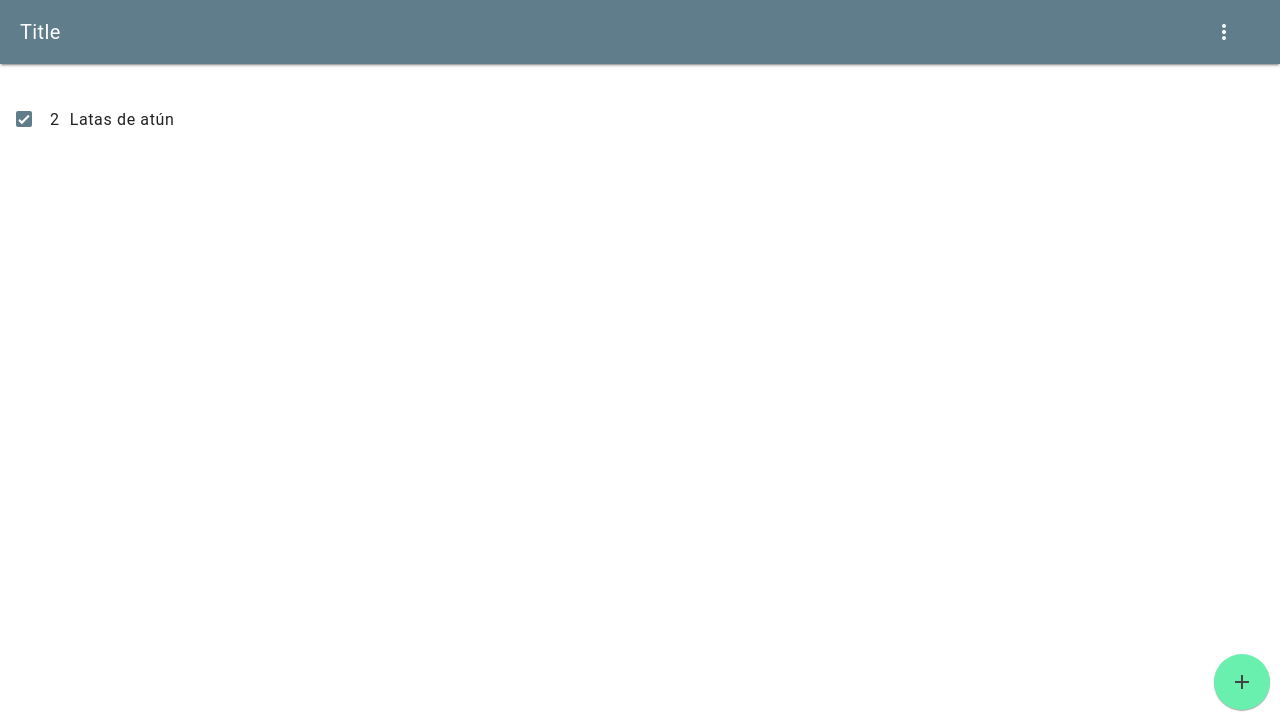
Repository: robertods/robertods.github.io
Page: my-pwa/mockups/main.html
An editor plug-in stored every save of this project. The page is shown before and after the next save, followed by the edit.
The browser window is 1280 px wide. The pictures show the whole page.

Above is the page before, as saved 2022-04-25 20:55:33.

### my-pwa/mockups/main.html
<!DOCTYPE html>
<html lang="en">
<head>
  <meta charset="UTF-8">
  <meta http-equiv="X-UA-Compatible" content="IE=edge">
  <meta name="viewport" content="width=device-width, initial-scale=1.0">
  <title>Document</title>
  <link rel="stylesheet" href="../vendor/mdl/material.min.css">
  <link rel="stylesheet" href="../vendor/mdl/icons.css">
  <link rel="stylesheet" href="../style.css">
</head>
<body>

  <div class="mdl-layout mdl-js-layout mdl-layout--fixed-header">
    <header class="mdl-layout__header">
      <div class="mdl-layout__header-row">
        <span class="mdl-layout-title">Title</span>
        <div class="mdl-layout-spacer"></div>
        <button id="demo-menu-lower-right" class="mdl-button mdl-js-button mdl-button--icon">
          <i class="material-icons">more_vert</i>
        </button>
        <ul class="mdl-menu mdl-menu--bottom-right mdl-js-menu mdl-js-ripple-effect"
            for="demo-menu-lower-right">
          <li class="mdl-menu__item">Borrar todos</li>
          <li class="mdl-menu__item">Borrar comprados</li>
          <li class="mdl-menu__item">Ordenar</li>
        </ul>
      </div>
    </header>
    <main class="mdl-layout__content">
      <div class="page-content">

      <!-- List with avatar and controls -->
      <style>
        .demo-list-control {
          width: 600px;
        }

        .demo-list-radio {
          display: inline;
        }
      </style>

        <ul class="demo-list-control mdl-list">
          <li class="mdl-list__item">
            <span class="mdl-list__item-secondary-action">
              <label class="mdl-checkbox mdl-js-checkbox mdl-js-ripple-effect" for="list-checkbox-1">
                <input type="checkbox" id="list-checkbox-1" class="mdl-checkbox__input" checked />
              </label>
            </span>
            <span class="mdl-list__item-primary-content">
              <span class="count">2</span>
              Latas de atún
            </span>
          </li>

        </ul>

        <button class="action-corner mdl-button mdl-js-button mdl-button--fab mdl-js-ripple-effect mdl-button--colored">
          <i class="material-icons">add</i>
        </button>
      </div>
    </main>
  </div>

  <script src="../vendor/mdl/material.min.js"></script>
</body>
</html>

### my-pwa/vendor/mdl/icons.css
/* fallback */
@font-face {
  font-family: 'Material Icons';
  font-style: normal;
  font-weight: 400;
  src: url(icons.woff2) format('woff2');
}

.material-icons {
  font-family: 'Material Icons';
  font-weight: normal;
  font-style: normal;
  font-size: 24px;
  line-height: 1;
  letter-spacing: normal;
  text-transform: none;
  display: inline-block;
  white-space: nowrap;
  word-wrap: normal;
  direction: ltr;
  -webkit-font-feature-settings: 'liga';
  -webkit-font-smoothing: antialiased;
}

### my-pwa/style.css
.mdl-layout__header-row {
  padding-left: 20px;
}

.count {
  padding: 10px;

}

.action-corner {
  position: fixed;
  bottom: 10px;
  right: 10px;
}

Loaded but not shown: my-pwa/vendor/mdl/material.min.css (library); my-pwa/vendor/mdl/material.min.js (library)

After the next save:
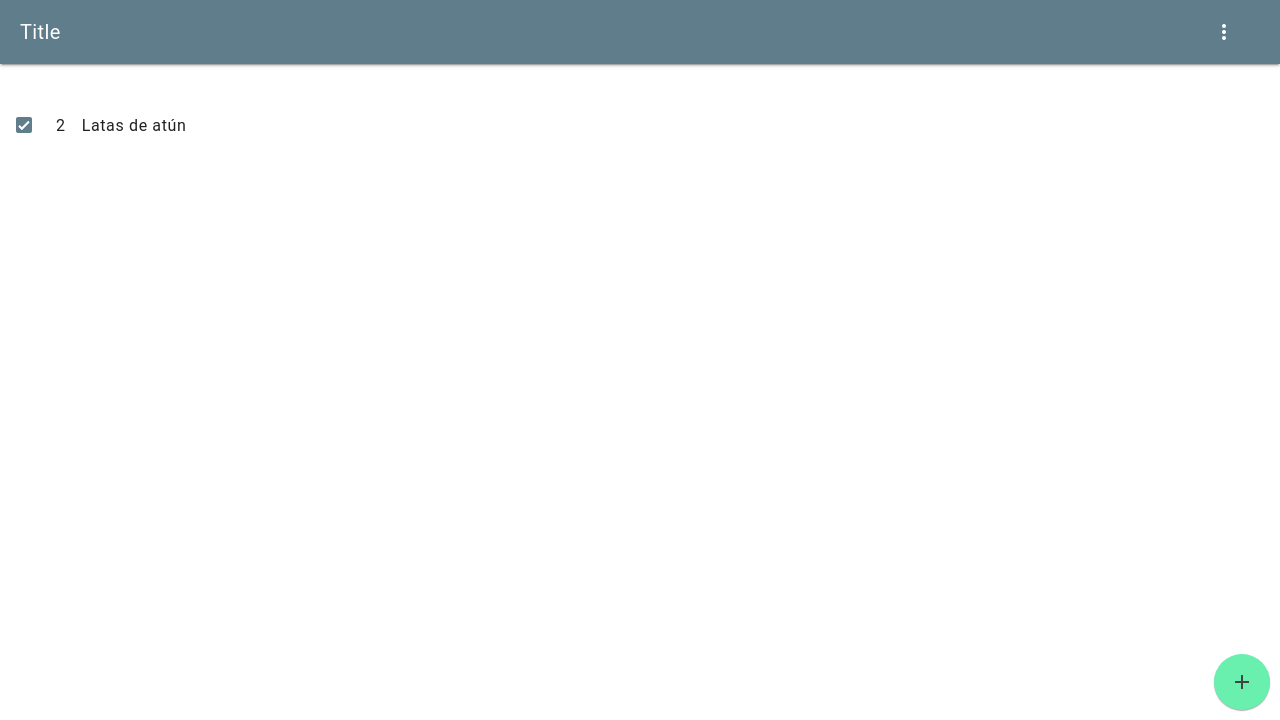
Saved 7 s later.
--- a/my-pwa/style.css
+++ b/my-pwa/style.css
@@ -3,7 +3,7 @@
 }
 
 .count {
-  padding: 10px;
+  padding: 16px;
 
 }
 
